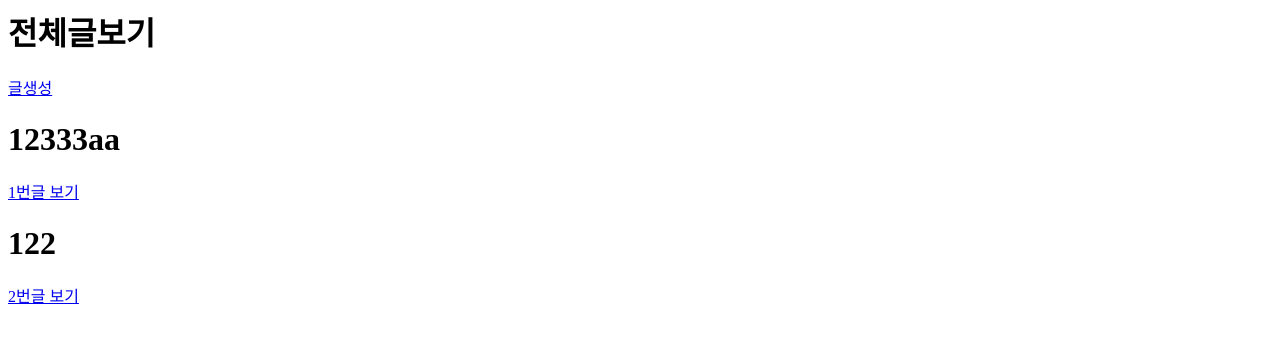
Repository: Jeonseoghyeon/Cloud9-IDE-PRACTICE
Page: http://localhost/articles/
The author's editor kept a record of every edit. The page is drawn from the files as they stood at one moment, then again after a run of edits.
The browser window is 1280 px wide. The pictures show the whole page.
The page is served by the project's application, run on Django 2.2 (practice/0406/crud/manage.py). Other server files are loaded and not shown. The page reads the database file committed with the project.

Above is the page before.

### practice/0406/crud/articles/views.py
from django.shortcuts import render, redirect
from .models import Article

# Create your views here.

# Read - All
def index(request):
    articles = Article.objects.all()
    context = {
        'articles': articles,
    }
    return render(request, 'articles/index.html', context)

# Read - One
def detail(request, id):
    article = Article.objects.get(id=id)
    context = {
        'article': article
    }
    return render(request, 'articles/detail.html', context)

# Create - 폼 보여주기
def new(request):
    return render(request, 'articles/new.html')

# Create - 데이터베이스에 저장하기
def create(request):
    # 저장
    # 1. 저장하려고 하는 데이터 가져오기
    title = request.POST.get('title')
    content = request.POST.get('content')

    # 2. 실제로 저장하기
    article = Article()
    article.title = title
    article.content = content
    article.save()

    return redirect('articles:index')

def delete(request, id):
    article = Article.objects.get(id=id)
    article.delete()

    return redirect('articles:index')

def edit(request, id):
    article = Article.objects.get(id=id)
    context = {
        'article': article
    }
    return render(request, 'articles/edit.html', context)

def update(request, id):
    # 기존의 데이터
    article = Article.objects.get(id=id)

    # 최신 데이터
    title = request.POST.get('title')
    content = request.POST.get('content')

    # 최신화
    article.title = title
    article.content = content
    article.save()

    # 수정된 게시물로 이동
    # return redirect(f'/articles/{id}/detail')
    return redirect('articles:detail', article.id)

### practice/0406/crud/articles/templates/articles/index.html
<h1>전체글보기</h1>
<a href="{% url 'articles:new' %}">글생성</a>
{% for article in articles %}
    <h1>{{ article.title }}</h1>
    <a href="{% url 'articles:detail' article.id %}">{{forloop.counter}}번글 보기</a>
{% endfor %}

### practice/0406/crud/articles/models.py
from django.db import models

# Create your models here.
class Article(models.Model):
    title = models.CharField(max_length=20)
    content = models.TextField()

### practice/0406/crud/crud/urls.py
"""crud URL Configuration

The `urlpatterns` list routes URLs to views. For more information please see:
    https://docs.djangoproject.com/en/2.1/topics/http/urls/
Examples:
Function views
    1. Add an import:  from my_app import views
    2. Add a URL to urlpatterns:  path('', views.home, name='home')
Class-based views
    1. Add an import:  from other_app.views import Home
    2. Add a URL to urlpatterns:  path('', Home.as_view(), name='home')
Including another URLconf
    1. Import the include() function: from django.urls import include, path
    2. Add a URL to urlpatterns:  path('blog/', include('blog.urls'))
"""
from django.contrib import admin
from django.urls import path, include
from articles import views

urlpatterns = [
    path('admin/', admin.site.urls),
    path('articles/', include('articles.urls')),
]

### practice/0406/crud/articles/urls.py
from django.urls import path
from . import views

app_name = "articles"

urlpatterns = [
    path('', views.index,name="index"),
    path('make/', views.new, name="new"),
    path('create/', views.create,name="create"),
    path('<int:id>/detail/', views.detail, name="detail"),
    path('<int:id>/delete/', views.delete, name="delete"),
    path('<int:id>/edit/', views.edit, name="edit"),
    path('<int:id>/update/', views.update, name="update"),
]

### practice/0406/crud/db.sqlite3 (the tables this page reads, as SQL)
CREATE TABLE "articles_article" ("id" integer NOT NULL PRIMARY KEY AUTOINCREMENT, "title" varchar(20) NOT NULL, "content" text NOT NULL);
INSERT INTO "articles_article" VALUES
(10, '12333aa', '532'),
(11, '122', '333');

### practice/0406/crud/templates/base.html
<!DOCTYPE html>
<html lang="en">
<head>
    <meta charset="UTF-8">
    <meta name="viewport" content="width=device-width, initial-scale=1.0">
    <meta http-equiv="X-UA-Compatible" content="ie=edge">
    <link rel="stylesheet" href="https://stackpath.bootstrapcdn.com/bootstrap/4.4.1/css/bootstrap.min.css" integrity="sha384-Vkoo8x4CGsO3+Hhxv8T/Q5PaXtkKtu6ug5TOeNV6gBiFeWPGFN9MuhOf23Q9Ifjh" crossorigin="anonymous">
    <title>Document</title>
</head>
<body>
    <nav class="navbar navbar-expand-lg navbar-light bg-light sticky-top">
      <a class="navbar-brand" href="/articles">Navbar</a>
      <button class="navbar-toggler" type="button" data-toggle="collapse" data-target="#navbarSupportedContent" aria-controls="navbarSupportedContent" aria-expanded="false" aria-label="Toggle navigation">
        <span class="navbar-toggler-icon"></span>
      </button>
      <div class="collapse navbar-collapse" id="navbarSupportedContent">
        <ul class="navbar-nav mr-auto">
          <li class="nav-item active">
            <a class="nav-link" href="/articles">Home으로 <span class="sr-only">(current)</span></a>
          </li>
          <li class="nav-item">
            <a class="nav-link" href="/articles/new">새로운 Review 작성</a>
      </div>
    </nav>
{% block body %}
{% endblock %}



    <script src="https://code.jquery.com/jquery-3.4.1.slim.min.js" integrity="sha384-J6qa4849blE2+poT4WnyKhv5vZF5SrPo0iEjwBvKU7imGFAV0wwj1yYfoRSJoZ+n" crossorigin="anonymous"></script>
    <script src="https://cdn.jsdelivr.net/npm/popper.js@1.16.0/dist/umd/popper.min.js" integrity="sha384-Q6E9RHvbIyZFJoft+2mJbHaEWldlvI9IOYy5n3zV9zzTtmI3UksdQRVvoxMfooAo" crossorigin="anonymous"></script>
    <script src="https://stackpath.bootstrapcdn.com/bootstrap/4.4.1/js/bootstrap.min.js" integrity="sha384-wfSDF2E50Y2D1uUdj0O3uMBJnjuUD4Ih7YwaYd1iqfktj0Uod8GCExl3Og8ifwB6" crossorigin="anonymous"></script>
</body>
</html>

After the next 2 edits:
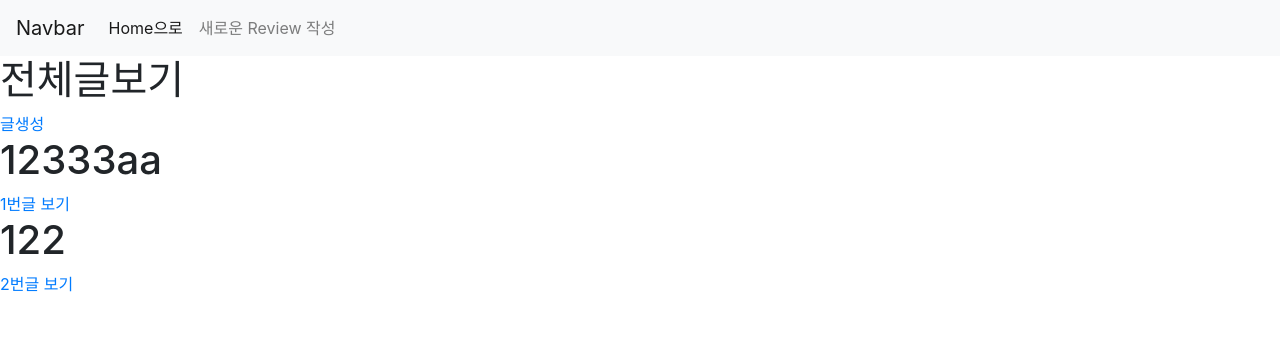
The 2 edits are shown as one change because 1 did not build or start.
The edit:
--- a/practice/0406/crud/articles/templates/articles/index.html
+++ b/practice/0406/crud/articles/templates/articles/index.html
@@ -1,6 +1,12 @@
+{% extends 'base.html' %}
+
+{% block body %}
+
 <h1>전체글보기</h1>
 <a href="{% url 'articles:new' %}">글생성</a>
 {% for article in articles %}
     <h1>{{ article.title }}</h1>
     <a href="{% url 'articles:detail' article.id %}">{{forloop.counter}}번글 보기</a>
 {% endfor %}
+
+{% endblock %}
